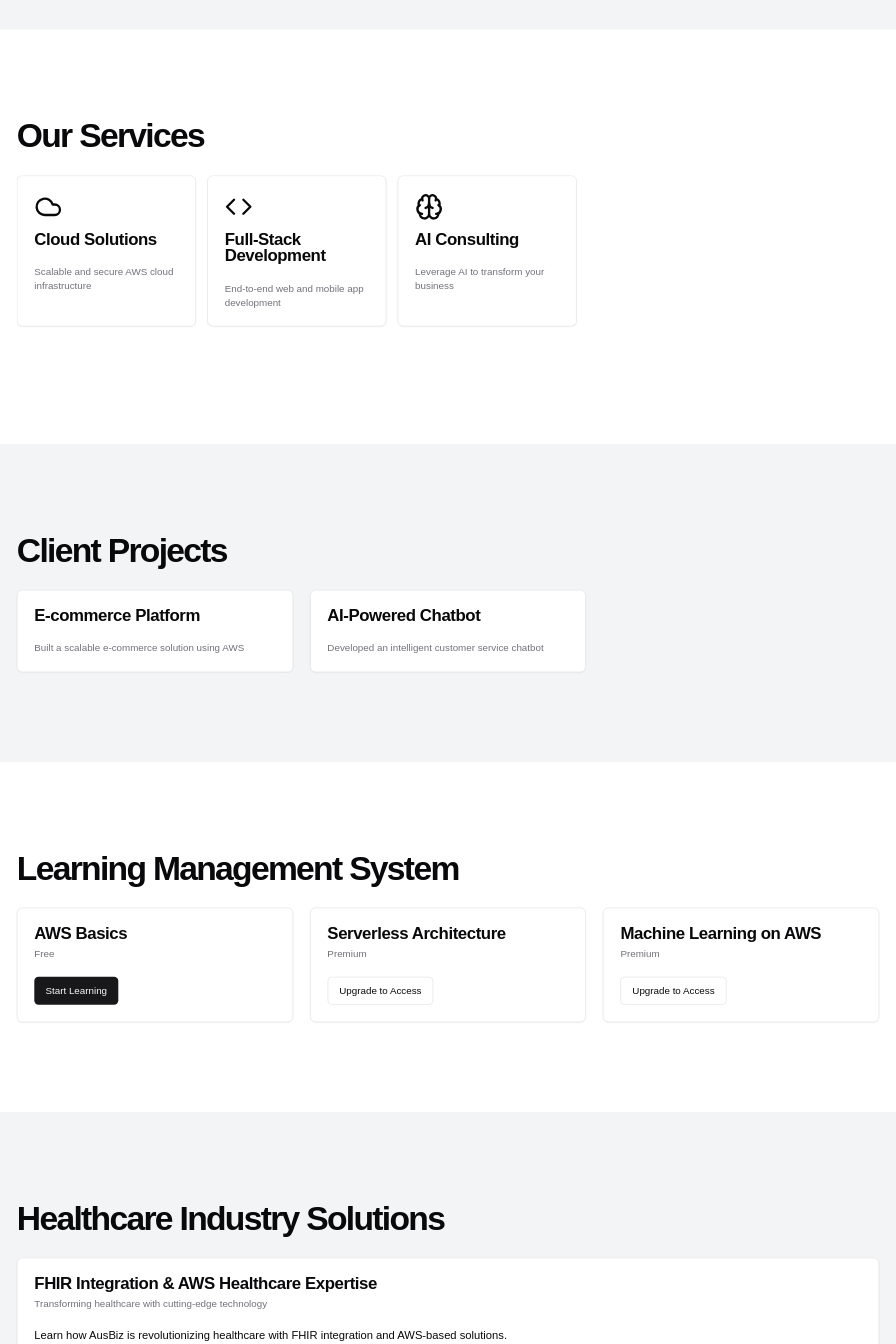
Repository: DiwanMalla/ausbizdemo1
Page: /
An editor plug-in stored every save of this project. The page is shown before and after the next save, followed by the edit.
The browser window is 1280 px wide. The pictures show the part of the page from y = 1459 to 3379 px (the page is 5779 px tall before and 5709 px after), at 70% of full size.
The project was rebuilt for these pictures with package versions that can differ from the ones it lists, and the page was loaded fresh each time. The framework's server and built-in components were replaced by stand-ins that run in the browser. Also part of the build but not shown: next.config.ts.

Above is the page before, as saved 2024-11-09 18:35:30.

### components/ui/button.tsx
import * as React from "react"
import { Slot } from "@radix-ui/react-slot"
import { cva, type VariantProps } from "class-variance-authority"

import { cn } from "@/lib/utils"

const buttonVariants = cva(
  "inline-flex items-center justify-center gap-2 whitespace-nowrap rounded-md text-sm font-medium ring-offset-background transition-colors focus-visible:outline-none focus-visible:ring-2 focus-visible:ring-ring focus-visible:ring-offset-2 disabled:pointer-events-none disabled:opacity-50 [&_svg]:pointer-events-none [&_svg]:size-4 [&_svg]:shrink-0",
  {
    variants: {
      variant: {
        default: "bg-primary text-primary-foreground hover:bg-primary/90",
        destructive:
          "bg-destructive text-destructive-foreground hover:bg-destructive/90",
        outline:
          "border border-input bg-background hover:bg-accent hover:text-accent-foreground",
        secondary:
          "bg-secondary text-secondary-foreground hover:bg-secondary/80",
        ghost: "hover:bg-accent hover:text-accent-foreground",
        link: "text-primary underline-offset-4 hover:underline",
      },
      size: {
        default: "h-10 px-4 py-2",
        sm: "h-9 rounded-md px-3",
        lg: "h-11 rounded-md px-8",
        icon: "h-10 w-10",
      },
    },
    defaultVariants: {
      variant: "default",
      size: "default",
    },
  }
)

export interface ButtonProps
  extends React.ButtonHTMLAttributes<HTMLButtonElement>,
    VariantProps<typeof buttonVariants> {
  asChild?: boolean
}

const Button = React.forwardRef<HTMLButtonElement, ButtonProps>(
  ({ className, variant, size, asChild = false, ...props }, ref) => {
    const Comp = asChild ? Slot : "button"
    return (
      <Comp
        className={cn(buttonVariants({ variant, size, className }))}
        ref={ref}
        {...props}
      />
    )
  }
)
Button.displayName = "Button"

export { Button, buttonVariants }

### components/HeroSection.tsx
import { Button } from "@/components/ui/button";

export default function HeroSection() {
  return (
    <section className="w-full py-12 md:py-24 lg:py-32 xl:py-48">
      <div className="container px-4 md:px-6">
        <div className="flex flex-col items-center space-y-4 text-center">
          <div className="space-y-2">
            <h1 className="text-3xl font-bold tracking-tighter sm:text-4xl md:text-5xl lg:text-6xl/none">
              Generative AI and AWS Expertise
            </h1>
            <p className="mx-auto max-w-[700px] text-gray-500 md:text-xl dark:text-gray-400">
              Empowering businesses with cutting-edge technology solutions
            </p>
          </div>
          <div className="space-x-4">
            <Button>Contact Us</Button>
            <Button variant="outline">Learn More</Button>
          </div>
        </div>
      </div>
    </section>
  );
}

### components/Services.tsx
import {
  Card,
  CardContent,
  CardDescription,
  CardHeader,
  CardTitle,
} from "@/components/ui/card";
import { CloudIcon, CodeIcon, BrainIcon } from "lucide-react";

const services = [
  {
    title: "Cloud Solutions",
    description: "Scalable and secure AWS cloud infrastructure",
    icon: CloudIcon,
  },
  {
    title: "Full-Stack Development",
    description: "End-to-end web and mobile app development",
    icon: CodeIcon,
  },
  {
    title: "AI Consulting",
    description: "Leverage AI to transform your business",
    icon: BrainIcon,
  },
  // Add more services...
];

export default function ServicesCarousel() {
  return (
    <section className="w-full py-12 md:py-24 lg:py-32">
      <div className="container px-4 md:px-6">
        <h2 className="text-3xl font-bold tracking-tighter sm:text-4xl md:text-5xl mb-8">
          Our Services
        </h2>
        <div className="flex overflow-x-scroll pb-10 hide-scroll-bar">
          <div className="flex flex-nowrap space-x-4">
            {services.map((service, index) => (
              <Card key={index} className="flex-none w-64">
                <CardHeader>
                  <service.icon className="w-10 h-10 mb-2" />
                  <CardTitle>{service.title}</CardTitle>
                </CardHeader>
                <CardContent>
                  <CardDescription>{service.description}</CardDescription>
                </CardContent>
              </Card>
            ))}
          </div>
        </div>
      </div>
    </section>
  );
}

### components/ClientProject.tsx
import { useState } from "react";
import {
  Card,
  CardContent,
  CardDescription,
  CardHeader,
  CardTitle,
} from "@/components/ui/card";
import { Button } from "@/components/ui/button";

const projects = [
  {
    title: "E-commerce Platform",
    description: "Built a scalable e-commerce solution using AWS",
    details:
      "Implemented serverless architecture with AWS Lambda and DynamoDB...",
  },
  {
    title: "AI-Powered Chatbot",
    description: "Developed an intelligent customer service chatbot",
    details:
      "Utilized AWS Lex and Amazon Comprehend for natural language processing...",
  },
  // Add more projects...
];

export default function ClientProjects() {
  const [expandedProject, setExpandedProject] = useState(null);

  return (
    <section className="w-full py-12 md:py-24 lg:py-32 bg-gray-100 dark:bg-gray-800">
      <div className="container px-4 md:px-6">
        <h2 className="text-3xl font-bold tracking-tighter sm:text-4xl md:text-5xl mb-8">
          Client Projects
        </h2>
        <div className="grid gap-6 sm:grid-cols-2 lg:grid-cols-3">
          {projects.map((project, index) => (
            <Card
              key={index}
              className="cursor-pointer"
              onClick={() => setExpandedProject(index)}
            >
              <CardHeader>
                <CardTitle>{project.title}</CardTitle>
              </CardHeader>
              <CardContent>
                <CardDescription>{project.description}</CardDescription>
                {expandedProject === index && (
                  <div className="mt-4">
                    <p>{project.details}</p>
                    <Button
                      className="mt-2"
                      onClick={(e) => {
                        e.stopPropagation();
                        setExpandedProject(null);
                      }}
                    >
                      Close
                    </Button>
                  </div>
                )}
              </CardContent>
            </Card>
          ))}
        </div>
      </div>
    </section>
  );
}

### components/LMS.tsx
import {
  Card,
  CardContent,
  CardDescription,
  CardHeader,
  CardTitle,
} from "@/components/ui/card";
import { Button } from "@/components/ui/button";

const modules = [
  { title: "AWS Basics", free: true },
  { title: "Serverless Architecture", free: false },
  { title: "Machine Learning on AWS", free: false },
  // Add more modules...
];

export default function LMSSection() {
  return (
    <section className="w-full py-12 md:py-24 lg:py-32">
      <div className="container px-4 md:px-6">
        <h2 className="text-3xl font-bold tracking-tighter sm:text-4xl md:text-5xl mb-8">
          Learning Management System
        </h2>
        <div className="grid gap-6 sm:grid-cols-2 lg:grid-cols-3">
          {modules.map((module, index) => (
            <Card key={index}>
              <CardHeader>
                <CardTitle>{module.title}</CardTitle>
                <CardDescription>
                  {module.free ? "Free" : "Premium"}
                </CardDescription>
              </CardHeader>
              <CardContent>
                <Button variant={module.free ? "default" : "outline"}>
                  {module.free ? "Start Learning" : "Upgrade to Access"}
                </Button>
              </CardContent>
            </Card>
          ))}
        </div>
      </div>
    </section>
  );
}

### components/Healthcare.tsx
import {
  Card,
  CardContent,
  CardDescription,
  CardHeader,
  CardTitle,
} from "@/components/ui/card";
import { Button } from "@/components/ui/button";
import { DownloadIcon } from "lucide-react";

export default function IndustryCallouts() {
  return (
    <section className="w-full py-12 md:py-24 lg:py-32 bg-gray-100 dark:bg-gray-800">
      <div className="container px-4 md:px-6">
        <h2 className="text-3xl font-bold tracking-tighter sm:text-4xl md:text-5xl mb-8">
          Healthcare Industry Solutions
        </h2>
        <Card>
          <CardHeader>
            <CardTitle>FHIR Integration & AWS Healthcare Expertise</CardTitle>
            <CardDescription>
              Transforming healthcare with cutting-edge technology
            </CardDescription>
          </CardHeader>
          <CardContent>
            <p className="mb-4">
              Learn how AusBiz is revolutionizing healthcare with FHIR
              integration and AWS-based solutions.
            </p>
            <Button>
              <DownloadIcon className="mr-2 h-4 w-4" /> Download Whitepaper
            </Button>
          </CardContent>
        </Card>
      </div>
    </section>
  );
}

### components/Blog.tsx
import { useState } from "react";
import {
  Card,
  CardContent,
  CardDescription,
  CardHeader,
  CardTitle,
} from "@/components/ui/card";
import { Input } from "@/components/ui/input";
import { Button } from "@/components/ui/button";

const blogPosts = [
  { title: "The Future of AWS", category: "AWS" },
  { title: "AI Trends in 2024", category: "AI" },
  { title: "Serverless Architecture Best Practices", category: "Technology" },
  // Add more blog posts...
];

export default function BlogSection() {
  const [searchTerm, setSearchTerm] = useState("");
  const [selectedCategory, setSelectedCategory] = useState("All");

  const filteredPosts = blogPosts.filter(
    (post) =>
      post.title.toLowerCase().includes(searchTerm.toLowerCase()) &&
      (selectedCategory === "All" || post.category === selectedCategory)
  );

  return (
    <section className="w-full py-12 md:py-24 lg:py-32">
      <div className="container px-4 md:px-6">
        <h2 className="text-3xl font-bold tracking-tighter sm:text-4xl md:text-5xl mb-8">
          Thought Leadership Blog
        </h2>
        <div className="flex justify-between mb-6">
          <Input
            type="search"
            placeholder="Search articles..."
            className="max-w-sm"
            value={searchTerm}
            onChange={(e) => setSearchTerm(e.target.value)}
          />
          <div className="space-x-2">
            {["All", "AWS", "AI", "Technology"].map((category) => (
              <Button
                key={category}
                variant={selectedCategory === category ? "default" : "outline"}
                onClick={() => setSelectedCategory(category)}
              >
                {category}
              </Button>
            ))}
          </div>
        </div>
        <div className="grid gap-6 sm:grid-cols-2 lg:grid-cols-3">
          {filteredPosts.map((post, index) => (
            <Card key={index}>
              <CardHeader>
                <CardTitle>{post.title}</CardTitle>
                <CardDescription>{post.category}</CardDescription>
              </CardHeader>
              <CardContent>
                <Button variant="outline">Read More</Button>
              </CardContent>
            </Card>
          ))}
        </div>
        <div className="mt-8 text-center">
          <Button>Subscribe for Updates</Button>
        </div>
      </div>
    </section>
  );
}

### components/CorporateTraining.tsx
import {
  Card,
  CardContent,
  CardDescription,
  CardHeader,
  CardTitle,
} from "@/components/ui/card";
import { Input } from "@/components/ui/input";
import { Textarea } from "@/components/ui/textarea";
import { Button } from "@/components/ui/button";
import {
  Select,
  SelectContent,
  SelectItem,
  SelectTrigger,
  SelectValue,
} from "@/components/ui/select";

export default function CorporateTraining() {
  return (
    <section className="w-full py-12 md:py-24 lg:py-32 bg-gray-100 dark:bg-gray-800">
      <div className="container px-4 md:px-6">
        <h2 className="text-3xl font-bold tracking-tighter sm:text-4xl md:text-5xl mb-8">
          Corporate Training
        </h2>
        <Card>
          <CardHeader>
            <CardTitle>Request Customized Training</CardTitle>
            <CardDescription>
              Tailor our training programs to your company's needs
            </CardDescription>
          </CardHeader>
          <CardContent>
            <form className="space-y-4">
              <Input placeholder="Company Name" />
              <Input placeholder="Contact Person" />
              <Input type="email" placeholder="Email" />
              <Select>
                <SelectTrigger>
                  <SelectValue placeholder="Training Format" />
                </SelectTrigger>
                <SelectContent>
                  <SelectItem value="in-person">In-Person</SelectItem>
                  <SelectItem value="remote">Remote</SelectItem>
                </SelectContent>
              </Select>
              <Textarea placeholder="Specific Requirements" />
              <Button type="submit">Submit Request</Button>
            </form>
          </CardContent>
        </Card>
      </div>
    </section>
  );
}

### components/Event.tsx
import {
  Card,
  CardContent,
  CardDescription,
  CardHeader,
  CardTitle,
} from "@/components/ui/card";
import { Button } from "@/components/ui/button";
import { CalendarIcon } from "lucide-react";

const events = [
  { title: "Create an AWS Account", date: "2024-06-15", time: "14:00" },
  { title: "First Lambda Function", date: "2024-06-22", time: "15:30" },
  // Add more events...
];

export default function EventSection() {
  return (
    <section className="w-full py-12 md:py-24 lg:py-32">
      <div className="container px-4 md:px-6">
        <h2 className="text-3xl font-bold tracking-tighter sm:text-4xl md:text-5xl mb-8">
          Upcoming Free Sessions
        </h2>
        <div className="grid gap-6 sm:grid-cols-2 lg:grid-cols-3">
          {events.map((event, index) => (
            <Card key={index}>
              <CardHeader>
                <CardTitle>{event.title}</CardTitle>
                <CardDescription>
                  <CalendarIcon className="inline-block mr-2" />
                  {new Date(`${event.date}T${event.time}`).toLocaleString()}
                </CardDescription>
              </CardHeader>
              <CardContent>
                <Button>Register</Button>
              </CardContent>
            </Card>
          ))}
        </div>
      </div>
    </section>
  );
}

### components/Footer.tsx
import { Button } from "@/components/ui/button";
import {
  FacebookIcon,
  TwitterIcon,
  LinkedinIcon,
  MoonIcon,
  SunIcon,
} from "lucide-react";

export default function Footer({ isDarkMode, toggleDarkMode }) {
  return (
    <footer className="w-full py-6 bg-gray-100 dark:bg-gray-800">
      <div className="container px-4 md:px-6">
        <div className="grid gap-8 sm:grid-cols-2 md:grid-cols-4">
          <div>
            <h3 className="text-lg font-semibold mb-2">About AusBiz</h3>
            <p className="text-sm">
              Empowering businesses with cutting-edge technology solutions
            </p>
          </div>
          <div>
            <h3 className="text-lg font-semibold mb-2">Contact</h3>
            <p className="text-sm">info@ausbiz.com</p>
            <p className="text-sm">+1 (555) 123-4567</p>
          </div>
          <div>
            <h3 className="text-lg font-semibold mb-2">Legal</h3>
            <ul className="space-y-1">
              <li>
                <a href="#" className="text-sm hover:underline">
                  Privacy Policy
                </a>
              </li>
              <li>
                <a href="#" className="text-sm hover:underline">
                  Terms of Service
                </a>
              </li>
            </ul>
          </div>
          <div>
            <h3 className="text-lg font-semibold mb-2">Follow Us</h3>
            <div className="flex space-x-4">
              <a href="#" aria-label="Facebook">
                <FacebookIcon className="w-6 h-6" />
              </a>
              <a href="#" aria-label="Twitter">
                <TwitterIcon className="w-6 h-6" />
              </a>
              <a href="#" aria-label="LinkedIn">
                <LinkedinIcon className="w-6 h-6" />
              </a>
            </div>
          </div>
        </div>
        <div className="mt-8 flex justify-between items-center">
          <p className="text-sm">&copy; 2024 AusBiz. All rights reserved.</p>
          <Button variant="outline" size="icon" onClick={toggleDarkMode}>
            {isDarkMode ? (
              <SunIcon className="h-[1.2rem] w-[1.2rem]" />
            ) : (
              <MoonIcon className="h-[1.2rem] w-[1.2rem]" />
            )}
            <span className="sr-only">Toggle theme</span>
          </Button>
        </div>
      </div>
    </footer>
  );
}

### components/ui/card.tsx
import * as React from "react"

import { cn } from "@/lib/utils"

const Card = React.forwardRef<
  HTMLDivElement,
  React.HTMLAttributes<HTMLDivElement>
>(({ className, ...props }, ref) => (
  <div
    ref={ref}
    className={cn(
      "rounded-lg border bg-card text-card-foreground shadow-sm",
      className
    )}
    {...props}
  />
))
Card.displayName = "Card"

const CardHeader = React.forwardRef<
  HTMLDivElement,
  React.HTMLAttributes<HTMLDivElement>
>(({ className, ...props }, ref) => (
  <div
    ref={ref}
    className={cn("flex flex-col space-y-1.5 p-6", className)}
    {...props}
  />
))
CardHeader.displayName = "CardHeader"

const CardTitle = React.forwardRef<
  HTMLDivElement,
  React.HTMLAttributes<HTMLDivElement>
>(({ className, ...props }, ref) => (
  <div
    ref={ref}
    className={cn(
      "text-2xl font-semibold leading-none tracking-tight",
      className
    )}
    {...props}
  />
))
CardTitle.displayName = "CardTitle"

const CardDescription = React.forwardRef<
  HTMLDivElement,
  React.HTMLAttributes<HTMLDivElement>
>(({ className, ...props }, ref) => (
  <div
    ref={ref}
    className={cn("text-sm text-muted-foreground", className)}
    {...props}
  />
))
CardDescription.displayName = "CardDescription"

const CardContent = React.forwardRef<
  HTMLDivElement,
  React.HTMLAttributes<HTMLDivElement>
>(({ className, ...props }, ref) => (
  <div ref={ref} className={cn("p-6 pt-0", className)} {...props} />
))
CardContent.displayName = "CardContent"

const CardFooter = React.forwardRef<
  HTMLDivElement,
  React.HTMLAttributes<HTMLDivElement>
>(({ className, ...props }, ref) => (
  <div
    ref={ref}
    className={cn("flex items-center p-6 pt-0", className)}
    {...props}
  />
))
CardFooter.displayName = "CardFooter"

export { Card, CardHeader, CardFooter, CardTitle, CardDescription, CardContent }

### components/ui/input.tsx
import * as React from "react"

import { cn } from "@/lib/utils"

const Input = React.forwardRef<HTMLInputElement, React.ComponentProps<"input">>(
  ({ className, type, ...props }, ref) => {
    return (
      <input
        type={type}
        className={cn(
          "flex h-10 w-full rounded-md border border-input bg-background px-3 py-2 text-base ring-offset-background file:border-0 file:bg-transparent file:text-sm file:font-medium file:text-foreground placeholder:text-muted-foreground focus-visible:outline-none focus-visible:ring-2 focus-visible:ring-ring focus-visible:ring-offset-2 disabled:cursor-not-allowed disabled:opacity-50 md:text-sm",
          className
        )}
        ref={ref}
        {...props}
      />
    )
  }
)
Input.displayName = "Input"

export { Input }

Loaded but not shown: app/layout.tsx (common file); app/globals.css (common file); lib/utils.ts (common file); components/ui/textarea.tsx (common file); tailwind.config.ts (common file); components/ui/select.tsx (160 lines, source omitted); app/page.tsx (145 lines, source omitted); components/Bootcamp.tsx (108 lines, source omitted)

After the next save:
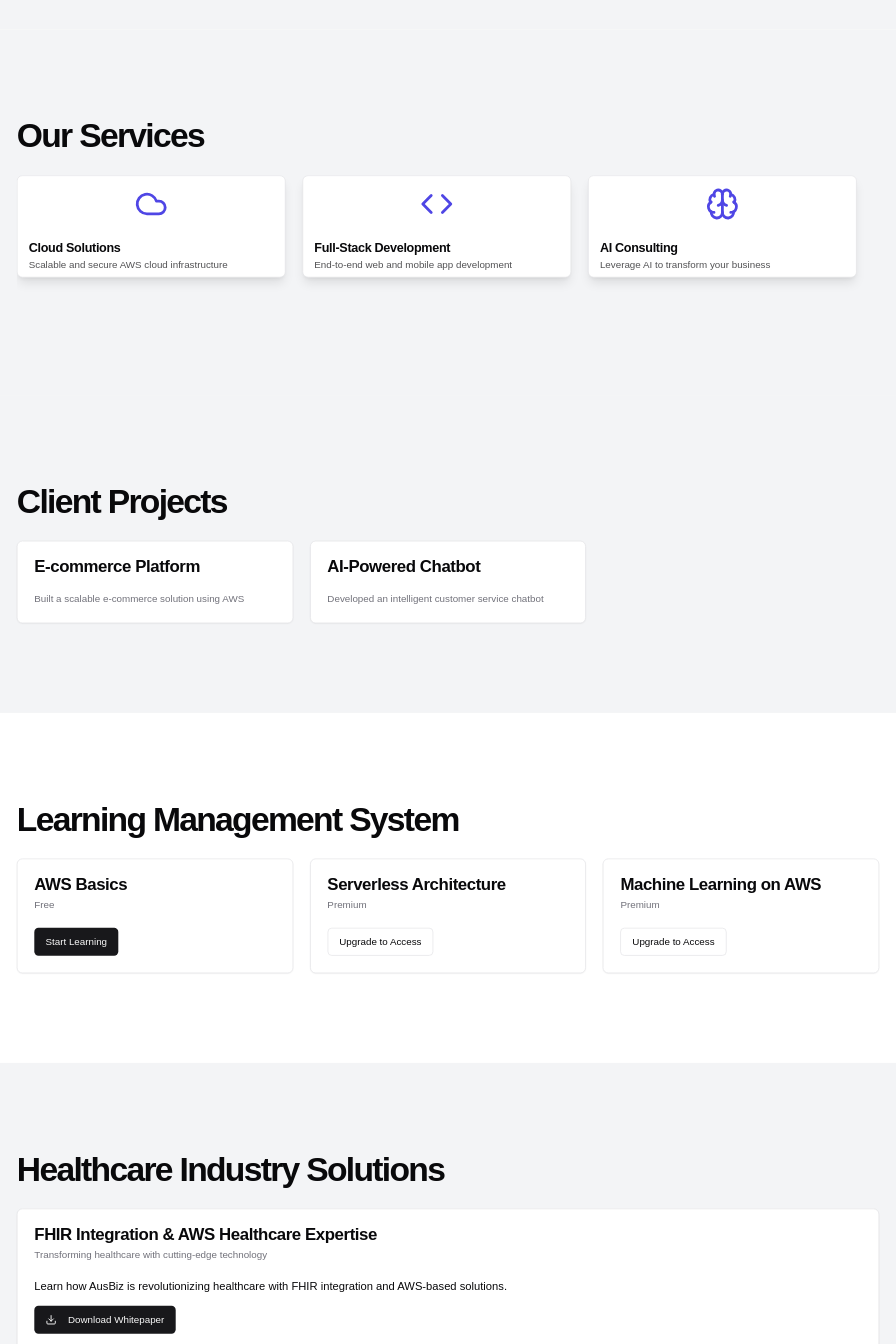
Saved 57 s later.
--- a/components/Services.tsx
+++ b/components/Services.tsx
@@ -28,21 +28,28 @@ const services = [
 
 export default function ServicesCarousel() {
   return (
-    <section className="w-full py-12 md:py-24 lg:py-32">
+    <section className="w-full py-12 md:py-24 lg:py-32 bg-gray-100 dark:bg-gray-800">
       <div className="container px-4 md:px-6">
-        <h2 className="text-3xl font-bold tracking-tighter sm:text-4xl md:text-5xl mb-8">
+        <h2 className="text-3xl font-bold tracking-tighter sm:text-4xl md:text-5xl mb-8 text-foreground">
           Our Services
         </h2>
-        <div className="flex overflow-x-scroll pb-10 hide-scroll-bar">
-          <div className="flex flex-nowrap space-x-4">
+        <div className="flex overflow-x-auto pb-10 hide-scroll-bar scroll-smooth">
+          <div className="flex flex-nowrap space-x-6">
             {services.map((service, index) => (
-              <Card key={index} className="flex-none w-64">
-                <CardHeader>
-                  <service.icon className="w-10 h-10 mb-2" />
-                  <CardTitle>{service.title}</CardTitle>
+              <Card
+                key={index}
+                className="flex-none w-64 sm:w-80 lg:w-96 bg-white shadow-lg rounded-lg transition-all duration-300 hover:scale-105"
+              >
+                <CardHeader className="flex justify-center items-center p-4">
+                  <service.icon className="w-12 h-12 text-indigo-600" />
                 </CardHeader>
-                <CardContent>
-                  <CardDescription>{service.description}</CardDescription>
+                <CardContent className="px-4 py-2">
+                  <CardTitle className="text-lg font-semibold text-foreground">
+                    {service.title}
+                  </CardTitle>
+                  <CardDescription className="text-sm text-foreground/70">
+                    {service.description}
+                  </CardDescription>
                 </CardContent>
               </Card>
             ))}
